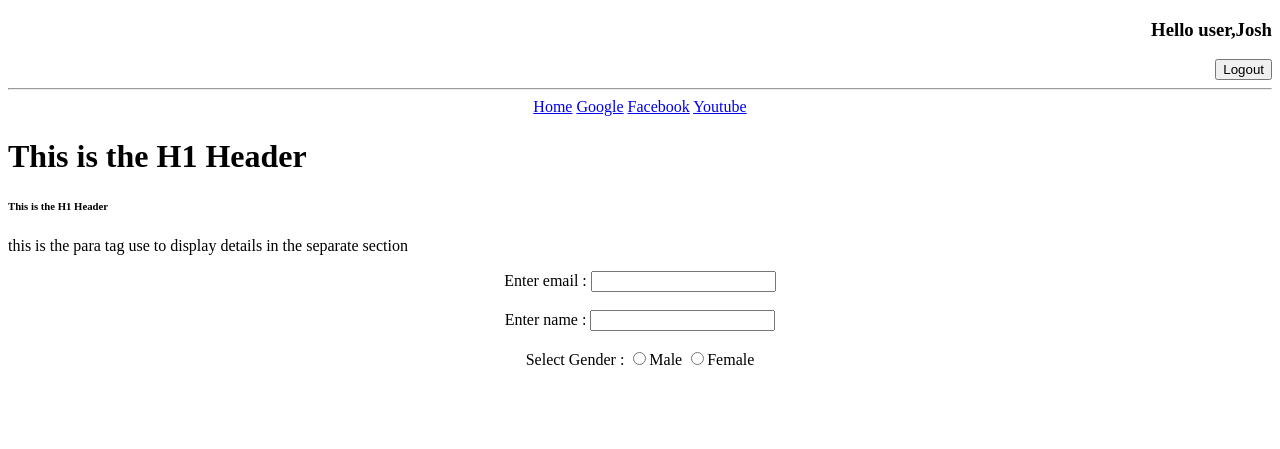
Repository: devandevare/Java
Page: Adv Java/Projects/first-web-app/src/main/webapp/demo.html
The author's editor kept a copy of each file at every save. The page is drawn from the files as they stood at one save, then again after the next save.
The browser window is 1280 px wide. The pictures show the whole page.

Above is the page before, as saved 2022-09-25 05:52:27.

After the next save:
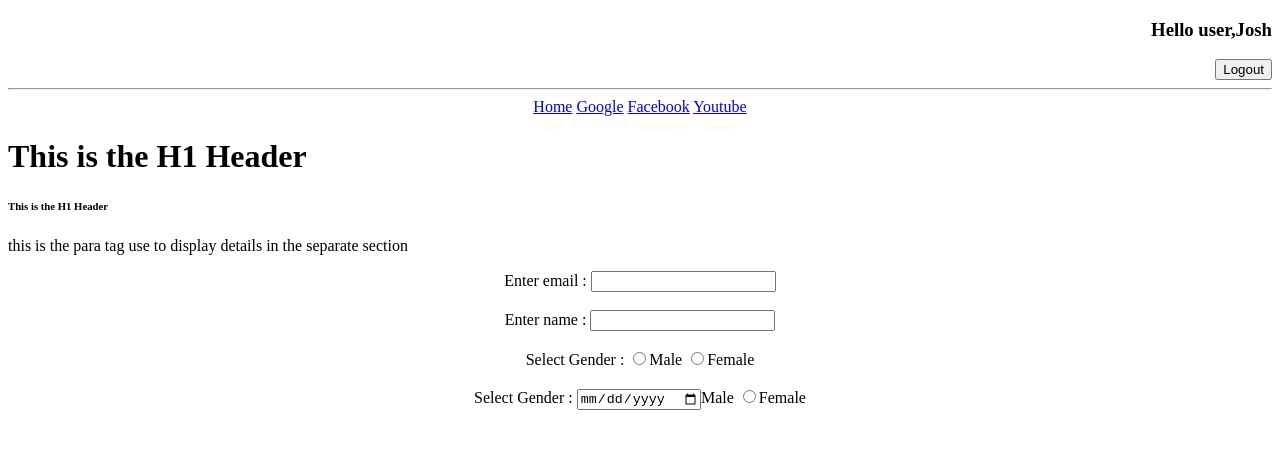
Saved 41 s later.
--- a/Adv Java/Projects/first-web-app/src/main/webapp/demo.html
+++ b/Adv Java/Projects/first-web-app/src/main/webapp/demo.html
@@ -38,6 +38,11 @@
 			<label>Select Gender :</label>
 		<input type="radio" name="gender" value="Male">Male </input>
 		<input type="radio" name="gender" value="Female">Female </input>
+		<br/>
+		<br/>
+			<label>Select Gender :</label>
+		<input type="date" name="dob" value="Male">Male </input>
+		<input type="radio" name="gender" value="Female">Female </input>
 		</form>
 		</div>
 
